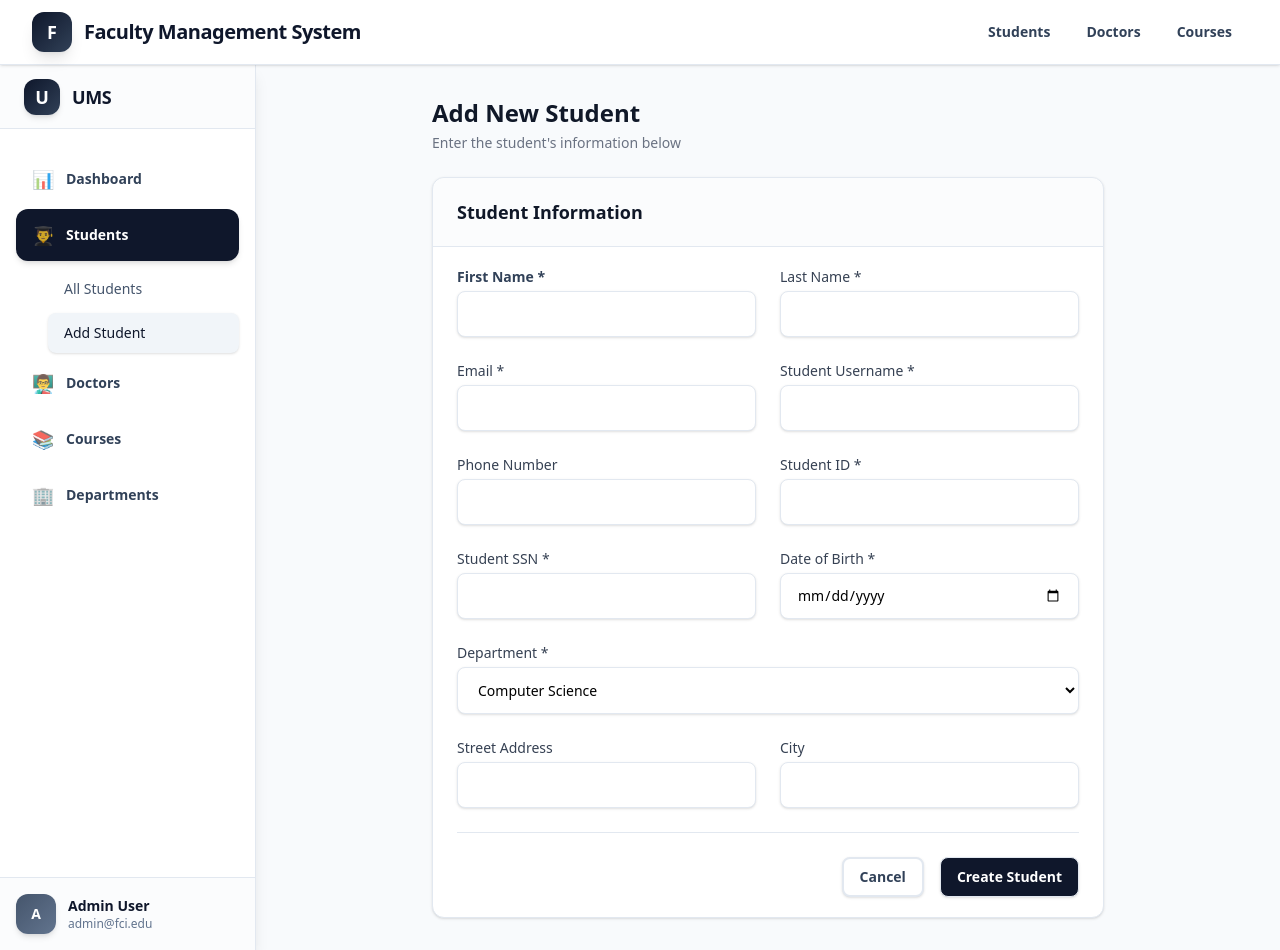
Repository: Mohamedmohsen179/Advanced-DB-Task
Page: /students/new (app in frontend/)
The author's editor kept a copy of each file at every save. The page is drawn from the files as they stood at one save, then again after the next save.
The browser window is 1280 px wide. The pictures show the whole page.
The page's requests for data from a server got no answer. The project was rebuilt for these pictures with package versions that can differ from the ones it lists, and the page was loaded fresh each time. The framework's server and built-in components were replaced by stand-ins that run in the browser. No one was signed in, and anything a server would have sent is missing. Also part of the build but not shown: frontend/next.config.ts.

Above is the page before, as saved 2025-11-28 20:36:37.

After the next save:
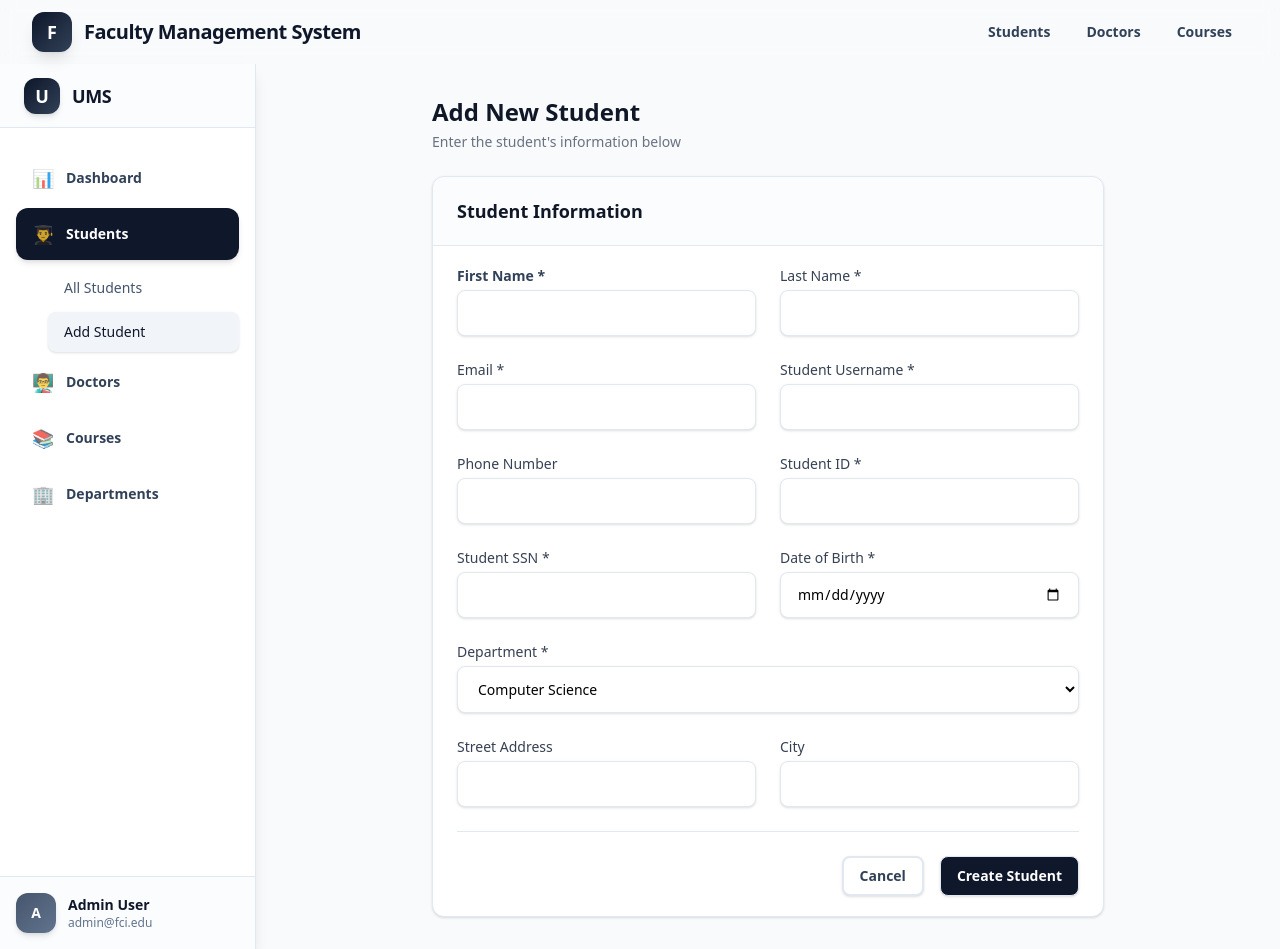
Saved 3 min 2 s later.
--- a/frontend/components/layout/Navbar.tsx
+++ b/frontend/components/layout/Navbar.tsx
@@ -1,13 +1,31 @@
 'use client';
 
 import Link from 'next/link';
-import { useState } from 'react';
+import { useEffect, useState } from 'react';
 
 export default function Navbar() {
   const [isMenuOpen, setIsMenuOpen] = useState(false);
+  const [scrolled, setScrolled] = useState(false);
+
+  // Detect scroll
+  useEffect(() => {
+    const handleScroll = () => {
+      setScrolled(window.scrollY > 10); // activate after 10px
+    };
+
+    window.addEventListener('scroll', handleScroll);
+    return () => window.removeEventListener('scroll', handleScroll);
+  }, []);
 
   return (
-    <nav className="bg-white shadow-professional border-b border-slate-200 sticky top-0 z-50 backdrop-blur-sm bg-red">
+    <nav
+      className={`
+        sticky top-0 z-50 backdrop-blur-sm transition-all duration-300
+        ${scrolled
+          ? 'bg-white/90 shadow-md border-b border-slate-200'
+          : 'bg-transparent shadow-none border-transparent'}
+      `}
+    >
       <div className="max-w-7xl mx-auto px-4 sm:px-6 lg:px-8">
         <div className="flex justify-between h-16">
           <div className="flex items-center">
@@ -35,6 +53,7 @@
             >
               Doctors
             </Link>
+
             <Link
               href="/courses"
               className="text-slate-700 hover:text-slate-900 hover:bg-slate-100 px-4 py-2.5 rounded-lg text-sm font-semibold transition-all duration-200"
@@ -85,7 +104,6 @@
               >
                 Courses
               </Link>
-
             </div>
           </div>
         )}

After the save that followed:
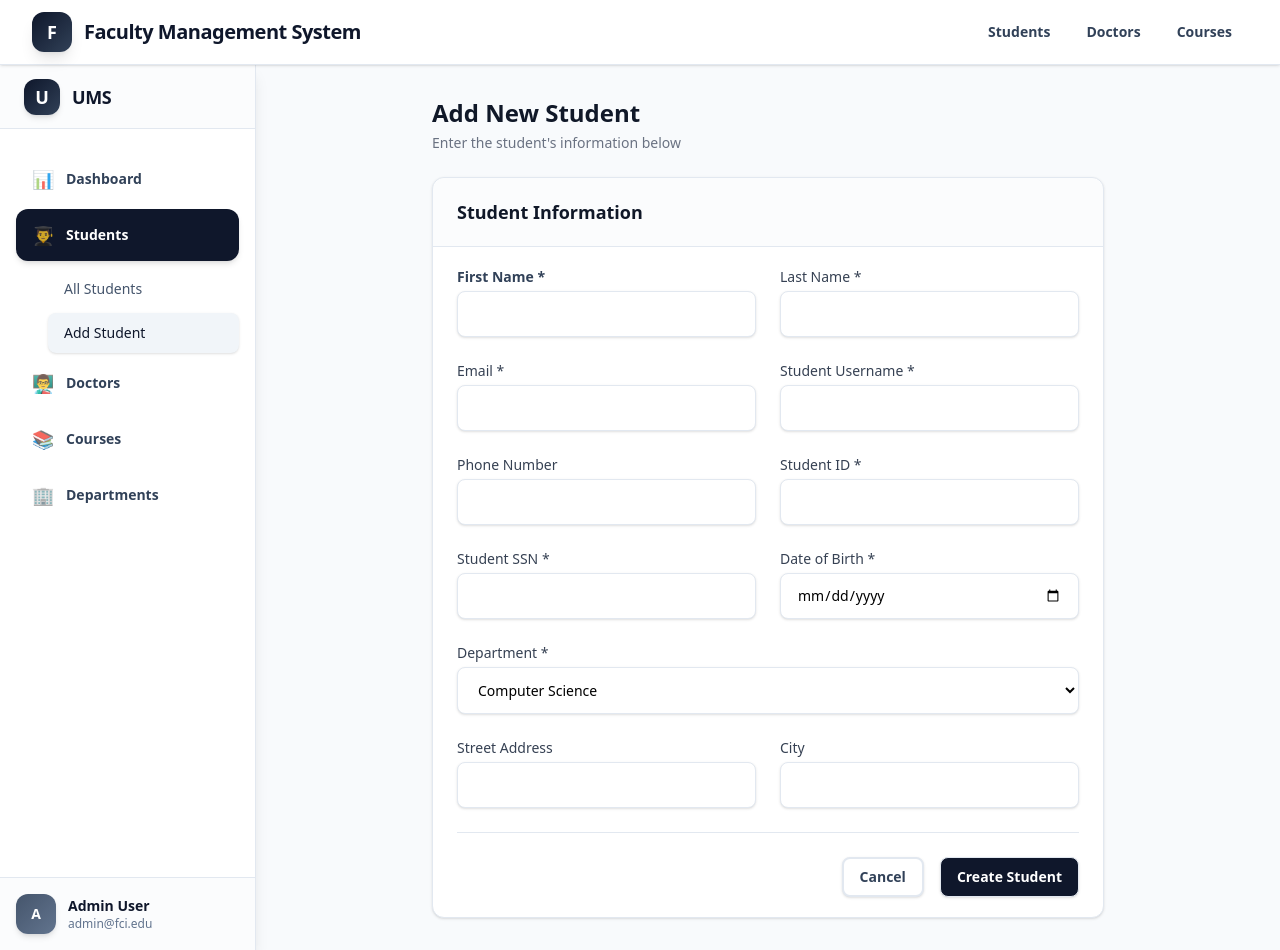
Saved 26 s later.
--- a/frontend/components/layout/Navbar.tsx
+++ b/frontend/components/layout/Navbar.tsx
@@ -1,31 +1,13 @@
 'use client';
 
 import Link from 'next/link';
-import { useEffect, useState } from 'react';
+import { useState } from 'react';
 
 export default function Navbar() {
   const [isMenuOpen, setIsMenuOpen] = useState(false);
-  const [scrolled, setScrolled] = useState(false);
-
-  // Detect scroll
-  useEffect(() => {
-    const handleScroll = () => {
-      setScrolled(window.scrollY > 10); // activate after 10px
-    };
-
-    window.addEventListener('scroll', handleScroll);
-    return () => window.removeEventListener('scroll', handleScroll);
-  }, []);
 
   return (
-    <nav
-      className={`
-        sticky top-0 z-50 backdrop-blur-sm transition-all duration-300
-        ${scrolled
-          ? 'bg-white/90 shadow-md border-b border-slate-200'
-          : 'bg-transparent shadow-none border-transparent'}
-      `}
-    >
+    <nav className="bg-white shadow-professional border-b border-slate-200 sticky top-0 z-50 backdrop-blur-sm bg-white">
       <div className="max-w-7xl mx-auto px-4 sm:px-6 lg:px-8">
         <div className="flex justify-between h-16">
           <div className="flex items-center">
@@ -53,7 +35,6 @@
             >
               Doctors
             </Link>
-
             <Link
               href="/courses"
               className="text-slate-700 hover:text-slate-900 hover:bg-slate-100 px-4 py-2.5 rounded-lg text-sm font-semibold transition-all duration-200"
@@ -104,6 +85,7 @@
               >
                 Courses
               </Link>
+
             </div>
           </div>
         )}
